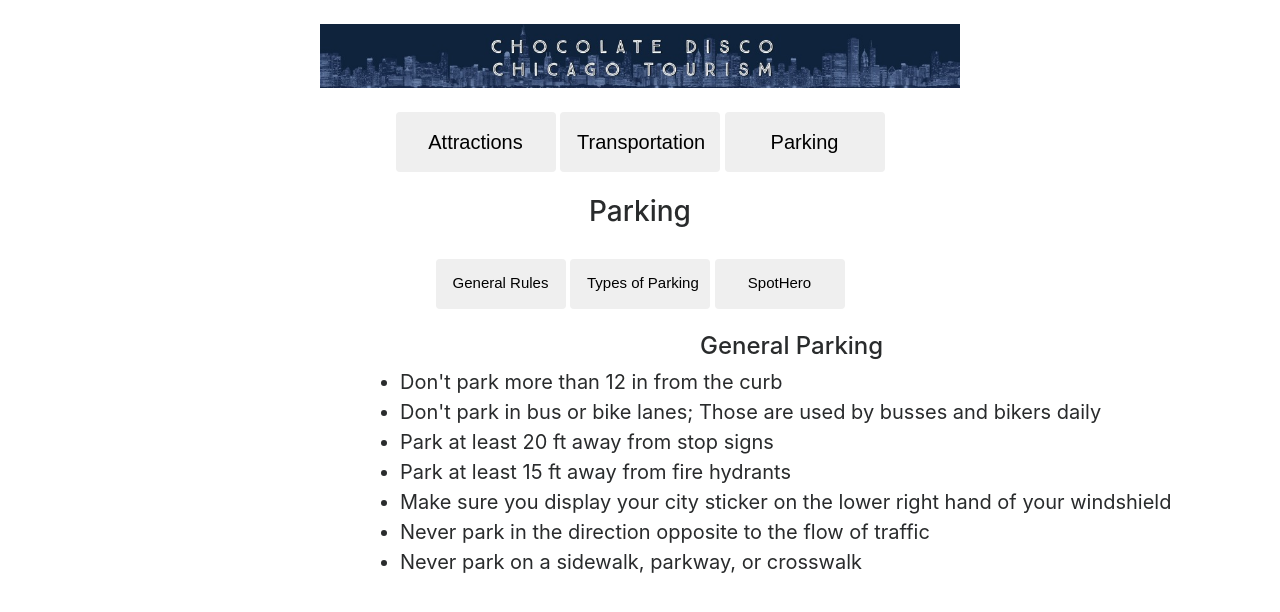
Repository: rkodit2/cs422project
Page: parking.html
An editor plug-in stored every save of this project. The page is shown before and after the next save, followed by the edit.
The browser window is 1280 px wide. The pictures show the whole page.

Above is the page before, as saved 2021-11-03 20:04:48.

### parking.html
<!DOCTYPE html>
<html>
    <head>
        <title>Chocolate Disco Chicago Tourism</title>
        <link rel="stylesheet" href=
        "https://maxcdn.bootstrapcdn.com/bootstrap/4.0.0-alpha.6/css/bootstrap.css">
        <link rel="stylesheet" href="homepage.css">

    </head>
    <body>

        <br>
        <div id="banner">
          <img src="pictures/banner3.jpg" alt="mainpage banner" class = "center" onclick="location.href='homepage.html';">
        </div>

         <br>
        <div class= "button-center">
            <button type ="button" id="Attractions" class="btn" onclick="location.href='attractions.html';" style="width: 160px; height: 60px; font-size: 20px;"> Attractions </button>
            <button type ="button" id="Transportation" class="btn" onclick="location.href='transportation.html';" style="width: 160px; height: 60px; font-size: 20px"> Transportation </button>
            <button type ="button" id="Parking" class="btn" onclick="location.href='parking.html';" style="width: 160px; height: 60px; font-size: 20px;"> Parking </button>
        </div>
        <br>
        <h3 style="text-align: center;"> Parking </h2>
        <br>

        <div class= "button-center">
                <button type ="button" id="generalRules " class="btn" onclick="location.href='parking.html';" style="width: 130px; height: 50px; font-size: 15px;"> General Rules </button>
                <button type ="button" id="typesOfParking" class="btn" onclick="location.href='#';" style="width: 140px; height: 50px; font-size: 15px"> Types of Parking </button>
                <button type ="button" id="spotHero" class="btn" onclick="location.href='#';" style="width: 130px; height: 50px; font-size: 15px;"> SpotHero </button>
            </div>

            <br>
            <h4 style="padding-left: 700px;">General Parking</h4>
            <ul style="padding-left: 400px;">
                <li>Don't park more than 12 in from the curb</li>

                <li>Don't park in bus or bike lanes; Those are used by busses and bikers daily</li>

                <li>Park at least 20 ft away from stop signs</li>

                <li>Park at least 15 ft away from fire hydrants </li>

                <li>Make sure you display your city sticker on the lower right hand of your windshield</li>

                <li>Never park in the direction opposite to the flow of traffic</li>

                <li>Never park on a sidewalk, parkway, or crosswalk</li>
            </ul>

    </body>
</html>

### homepage.css
.button-center {
    text-align: center;
  }

.viewMore {
    display: flex;
    vertical-align: middle;
}
.center {
  display: block;
  margin-left: auto;
  margin-right: auto;
  width: 50%;
}
.gmap{
  display: flex;
  vertical-align: middle;
}

ul li{
  font-size:20px;
 }

After the next save:
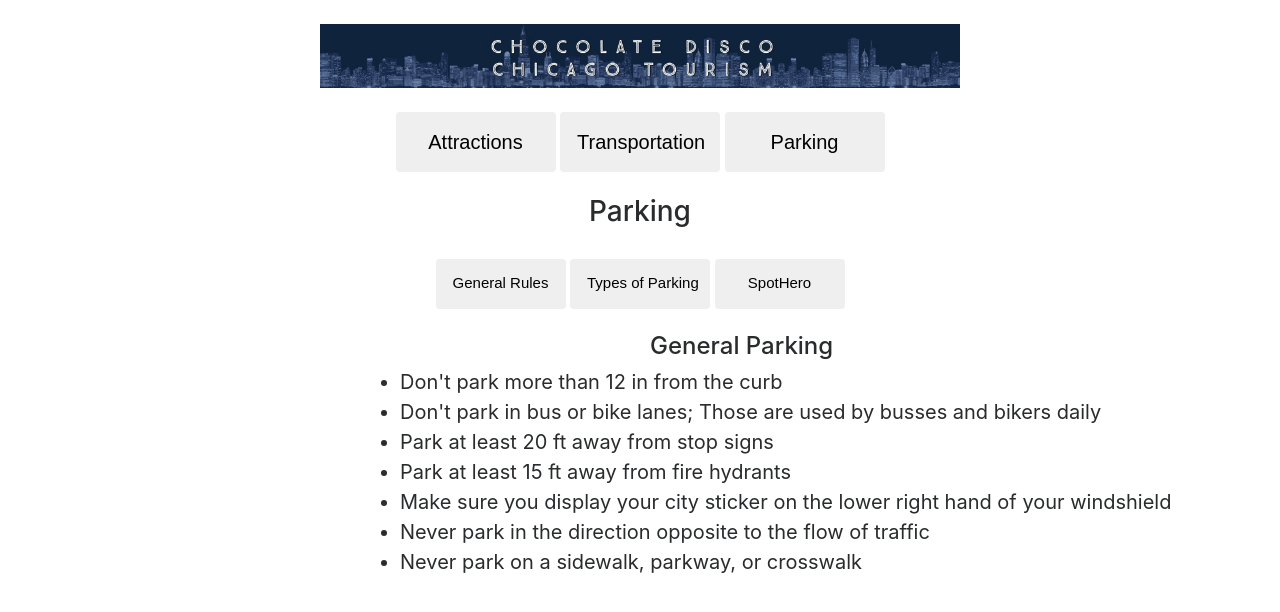
Saved 7 s later.
--- a/parking.html
+++ b/parking.html
@@ -31,7 +31,7 @@
             </div>
 
             <br>
-            <h4 style="padding-left: 700px;">General Parking</h4>
+            <h4 style="padding-left: 650px;">General Parking</h4>
             <ul style="padding-left: 400px;">
                 <li>Don't park more than 12 in from the curb</li>
 
